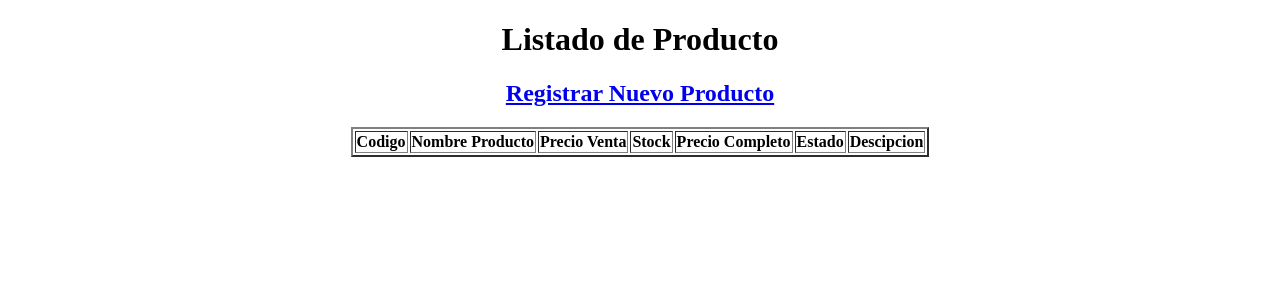
Repository: venomdavid123/Examencl3
Page: http://localhost/Vistas/Producto/ListadoProducto
The author's editor kept a copy of each file at every save. The page is drawn from the files as they stood at one save, then again after the next save.
The browser window is 1280 px wide. The pictures show the whole page.
The page is this project's Thymeleaf template; nobody is signed in. The template is opened directly, without the code that normally fills it, so the values that code supplies are empty.

Above is the page before, as saved 2023-11-26 15:04:36.

### ExamenSpringProducto/src/main/resources/templates/Vistas/Producto/ListadoProducto.html
<!DOCTYPE html>
<html>
		<title>
			Listado de Producto
		</title>
	<h1 align="center">
			Listado de Producto
		</h1>
		<h2 align="center">
			<a th:href="@{RegisProducto}">Registrar Nuevo Producto</a>
		</h2>
		<table align="center" border="2">
			<tr>
			<th>Codigo</th>
			<th>Nombre Producto</th>
			<th>Precio Venta</th>
			<th>Stock</th>
			<th>Precio Completo</th>
			<th>Estado</th>
			<th>Descipcion</th>
			</tr>
			<th:block th:each="p:${listadoproductos}"></th>
			<tr>
				<td th:text="${p.idproductocl3}"></td>
				<td th:text="${p.nombrecl3}"></td>
				<td th:text="${p.precioventacl3}"></td>
				<td th:text="${p.stock}"></td>
				<td th:text="${p.preciocompcl3}"></td>
				<td th:text="${p.estadocl3}"></td>
				<td th:text="${p.descripcl3}"></td>
			</tr>
			</th:block>
		</table>
	</body>
</html>

After the next save:
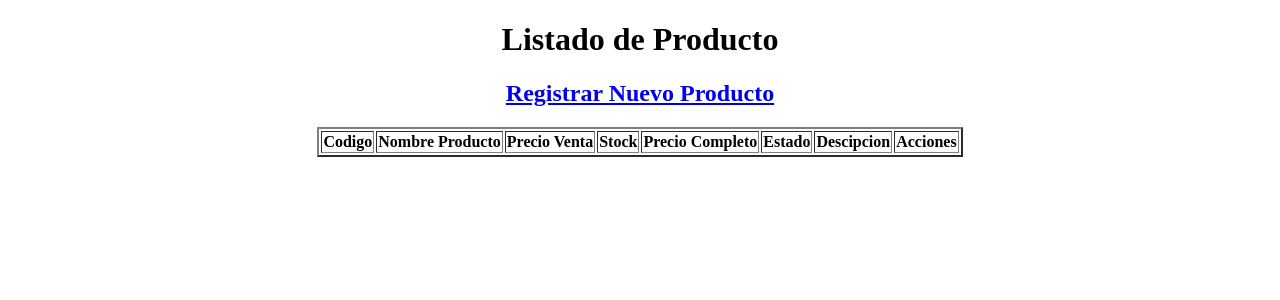
Saved 4 min 20 s later.
--- a/ExamenSpringProducto/src/main/resources/templates/Vistas/Producto/ListadoProducto.html
+++ b/ExamenSpringProducto/src/main/resources/templates/Vistas/Producto/ListadoProducto.html
@@ -18,6 +18,7 @@
 			<th>Precio Completo</th>
 			<th>Estado</th>
 			<th>Descipcion</th>
+			<th colspan="2">Acciones</th>
 			</tr>
 			<th:block th:each="p:${listadoproductos}"></th>
 			<tr>
